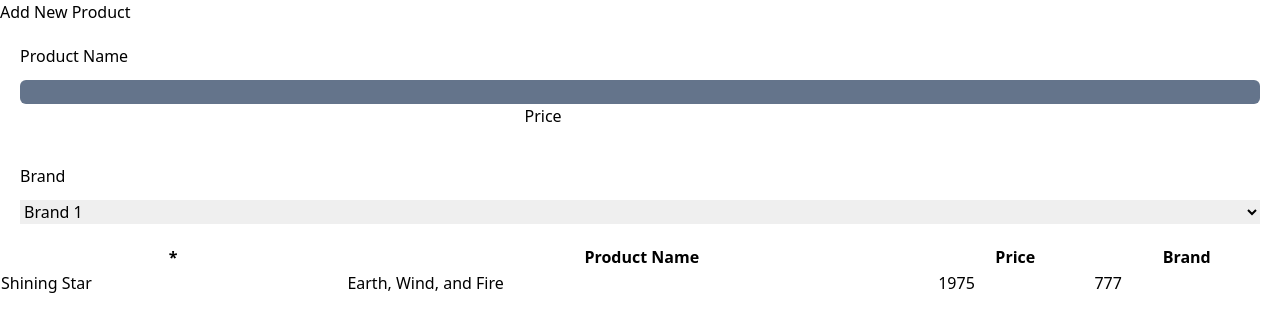
Repository: Semanmernstack/next-13-prisma-crud
Page: /product
The author's editor kept a copy of each file at every save. The page is drawn from the files as they stood at one save, then again after the next save.
The browser window is 1280 px wide. The pictures show the whole page.
The project was rebuilt for these pictures with package versions that can differ from the ones it lists, and the page was loaded fresh each time. The framework's server and built-in components were replaced by stand-ins that run in the browser. Also part of the build but not shown: next.config.js.

Above is the page before, as saved 2023-06-01 00:53:24.

After the next save:
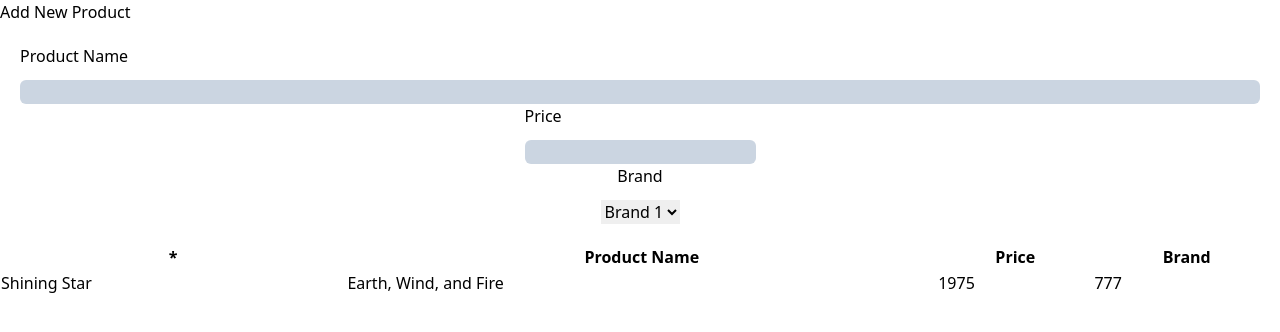
Saved 95 s later.
--- a/app/components/AddPrisma.tsx
+++ b/app/components/AddPrisma.tsx
@@ -16,13 +16,13 @@
         <form className=" flex flex-col items-center justify-center   decoration-slate-400 p-5 z-50" >
             <div className='flex flex-col space-y-3 w-full'>
                 <label>Product Name</label>
-                <input className='w-full bg-slate-500 rounded-md outline-none' type="text" value={product} onChange={(e) => setProduct(e.target.value)} />
+                <input className='w-full bg-slate-300 rounded-md outline-none' type="text" value={product} onChange={(e) => setProduct(e.target.value)} />
             </div>
             <div className='flex flex-col space-y-3'>
                 <label >Price</label>
-                <input className='w-ful' type="text" value={price} onChange={(e) => setPrice(e.target.value)} />
+                <input className='w-ful bg-slate-300 rounded-md' type="text" value={price} onChange={(e) => setPrice(e.target.value)} />
             </div>
-            <div className='flex flex-col space-y-3 w-full'  >
+            <div className='flex flex-col items-center space-y-3 w-full'  >
                 <label>Brand</label>
                 <select value={brand} onChange={(e) => setBrand(e.target.value)} >
                     <option value="" disabled>Brand 1</option>
